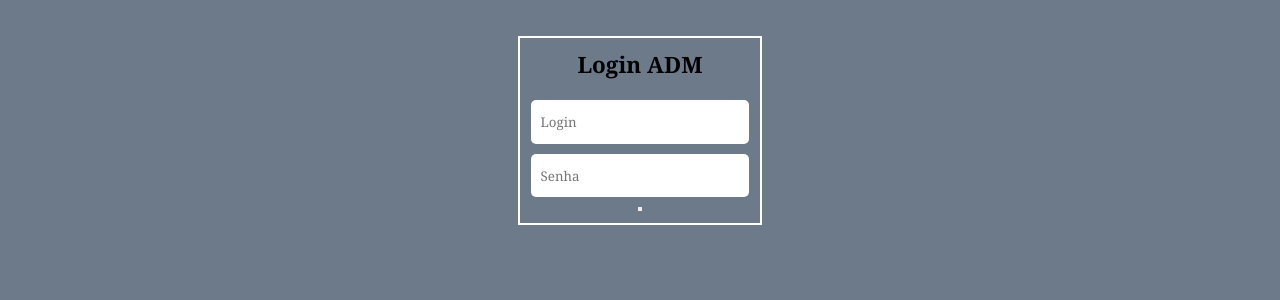
Repository: ArthurKJun/ProjetoCantinaEclipse
Page: http://localhost/arsan/loginAdministrador.jsp
These files come from the project's save history. The page is drawn as it stood at one moment and after the next save; the edit follows.
The browser window is 1280 px wide. The pictures show the whole page.
The page is served by Tomcat 9. Other server files are loaded and not shown.

Above is the page before, as saved 2023-11-03 23:10:32.

### arsan/src/main/webapp/loginAdministrador.jsp
<%@ page language="java" contentType="text/html; charset=ISO-8859-1"
	pageEncoding="ISO-8859-1"%>
<!DOCTYPE html>
<html>
<head>

<meta charset="ISO-8859-1">

<link rel="stylesheet" href="./Estilos/style.css">

<title>Arsan Food Management</title>

</head>
<body>

	<div class="container-geral">


		<div id="form-container">

			<div id="form-inner">

				<form action="validarUsuarioAdministrador.jsp" id="register-form" method="POST">
					<h3>Login ADM</h3>
					<div id="name-container">

						<input type="text" name="nome" id="nome" placeholder="Login">

					</div>

					<input type="password" name="senha" id="senha" placeholder="Senha">

                    <button onclick="logar()"></button>

				</form>

			</div>

		</div>
	</div>

	<script>

    function logar(){
    	event.preventDefault();

    	let login = document.getElementById('login')
    	if(login.value == ''){
    		alert('Informe o login')
    		login.focus()
    		return
    	}

    	let senha = document.getElementById('senha')
    	if(senha.value == ''){
    		alert('Informe a senha')
    		senha.focus()
    		return
    	}
    	document.getElementsByTagName('form')[0].submit()
    }

    </script>

</body>
</html>

### arsan/src/main/webapp/Estilos/style.css
*{
    margin: 0;
    padding: 0;
    box-sizing: border-box;
    font-family: Georgia;

}

body{
    display: flex;
    flex-wrap: wrap;
}

.container-geral{

    width: 100vw;
    height: 100vh;
    background: #6c7a89;
    display: flex;
    flex-direction: row;
    justify-content: center;
    align-items: center;

}
.logo-container{

    display: flex;
    position: absolute;
    top: 40%;
    flex-direction: column;
}

.logo-container img{
    padding: 1rem;
    border-radius: 50%;
    height: 400px;
}

#form-container{
    display: flex;
    position: absolute;
    flex-direction: column;
    flex-wrap: wrap;
    top: 5%;
}

#register-form{

    border: 2px solid white;
    padding: .7rem;
    align-items: center;
    display: flex;
    flex-direction: column;
    font-size: larger;
}

#register-form h3{
    margin-bottom: 20px;
}

#register-form input{

    padding: 0.8rem 0.6rem;
    border: none;
    border-radius: 5px;
    margin-bottom: 10px;
}

#register-form input[type="submit"]{
    background-color: transparent;
    color: #fff;
    border: 2px solid #fff;
    font-size: 1.1rem;
    font-weight: bold;
    cursor: pointer;
    transition: .4s;
}

#register-form input[type="submit"]:hover{
    background-color: #fff;
    color: black;
}

/*---------------------------------------------------------*/
/* tela de entrada */

h1{
    background-color: #6c7a89;
    width: 100%;
    text-align: center;
    font-size: 50px;
    color: rgb(204, 198, 198);
}

.container-porta-cards{

    background-color: #475061;
    display: flex;
    width: 535px;
    height: 550px;
    border: 2px solid white;
    flex-wrap: wrap;
    align-items: center;
    padding: 1rem;
    margin-top: 2rem;

}

.card{

    background-color: #9ca5af;
    display: flex;
    padding: .5rem;
    margin: .5rem;
    width: 150px;
    height: 150px;
    border: 2px solid white;
    flex-direction: column;
    text-align: center;
    align-items: center;
    transition: .4s;

}

.container-porta-cards-2 :active{
    background-color: aqua;
}



.container-porta-cards :hover{

    background-color: #6c7a89;
    cursor: pointer;
}

.card img{

    margin-top: 10px;
    width: 100px;
    height: 100px;
    border-radius: 20%;
    transition: .4s;
}

#venda{

    width: 480px;
    height: 150px;
}

.container-geral-entrada{

    width: 100vw;
    height: calc(100vh + 200px);
    background: #9ca5af;
    display: flex;
    flex-direction: row;
    justify-content: center;


}

/* area de vendas */

.container-porta-cards-2{

    flex: 1.4;
    background-color: #475061;
    border: 2px solid white;
    flex-wrap: wrap;
    align-items: center;
    padding: 1rem;
    display: flex;
}

.container-porta-cards-2 :hover{

    background-color: #6c7a89;
    cursor: pointer;
}

.container-lista-vendas{
    height: 36.9rem;
    margin-right: 2rem;
    margin: 1rem;
    flex: 1;
    background-color: #475061;
    border: 2px solid white;
    flex-wrap: wrap;
    position: relative;
    padding: 1rem;
}

.container-geral-3{

    gap: 1rem;
    width: 100vw;
    height: 100vh;
    background: #9ca5af;
    display: flex;
    flex-direction: row;
    justify-content: center;
    align-items: center;

}

table{

    margin-top: 1rem;
    position: absolute;
    margin-left: 2rem;

}
table th {

    padding: .5rem;
    width: 200px;
    background-color: #6c7a89;
    border-radius: 10px;

}

table td{
    text-align: center;
    padding: 0.5rem;
    background-color: #6c7a89;
    border-radius: 10px;
}

.bExcluir{
    background-color: transparent;
}

.excluir{
    background-color: transparent;
    border-radius: 5px;
}

.excluir img{
    width: 1rem;
}

tfoot td{
    font-weight: bold;

}

/* tela cadastro cliente */

.container-geral-4{

    width: 100vw;
    height: 100vh;
    background: #9ca5af;
    flex-direction: column;
    justify-content: center;
    align-items: center;
    display: flex;

}

.inputs-cadastro{


    flex: 1;
    text-align: center;

}

.inputs-cadastro input{

    padding: 0.5rem;
    margin: 0.5rem;
    border-radius: 10px;

}

.inputs-cadastro h3{

    margin-top: 1rem;


}

.inputs-cadastro button{

    padding: 0.5rem;
    margin: 1rem;
    font-size: large;
    background-color: #9ca5af;
    border: none;
    border-radius: 10px;

}

.inputs-cadastro button:hover{

    background-color: #fff;
    color: black;
    cursor: pointer;
}

.inputButton:hover{

    background-color: #fff;
    color: black;
    cursor: pointer;
}

.container-porta-cards-cad{

    background-color: #6c7a89;
    width: 400px;
    height: 500px;
    color:#040405;
    justify-items: center;
    margin-top: 2rem;

}

.cliente{

    background-color: #9ca5af;
    margin: 1rem;
    border-radius: 5px;

}

a{
    text-decoration: none;
    color: #040405;
}

.container-geral-4 h1{

    margin-top: -4rem;

}

.produto{

    background-color: #9ca5af;
    margin: 1rem;
    border-radius: 5px;
}

.container-porta-cards-cad-fornecedor{

    background-color: #6c7a89;
    width: 400px;
    height: 500px;
    color:#040405;
    justify-items: center;
    margin-top: 1rem;
}

.inputs-cadastro-for{

    flex: 1;
    text-align: center;

}

.inputs-cadastro-for input{

    padding: 0.5rem;
    margin: 0.5rem;
    border-radius: 10px;
}

.inputs-cadastro-for button{

    padding: 0.5rem;
    margin: .5rem;
    font-size: large;
    background-color: #9ca5af;
    border: none;
    border-radius: 10px;

}

.inputs-cadastro-for button:hover{

    background-color: #fff;
    color: black;
    cursor: pointer;
}

.fornecedor{
    background-color: #9ca5af;
    margin: 1rem;
    border-radius: 5px;
}

After the next save:
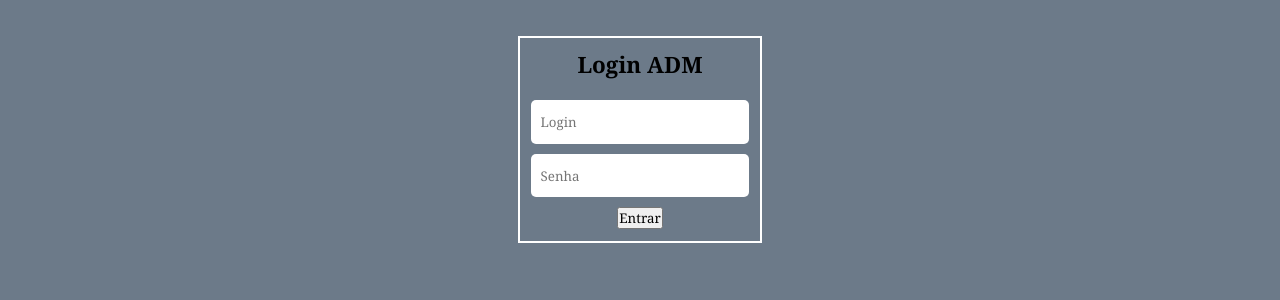
Saved 10 s later.
--- a/arsan/src/main/webapp/loginAdministrador.jsp
+++ b/arsan/src/main/webapp/loginAdministrador.jsp
@@ -30,7 +30,7 @@
 
 					<input type="password" name="senha" id="senha" placeholder="Senha">
 
-                    <button onclick="logar()"></button>
+                    <button onclick="logar()">Entrar</button>
 
 				</form>
 
